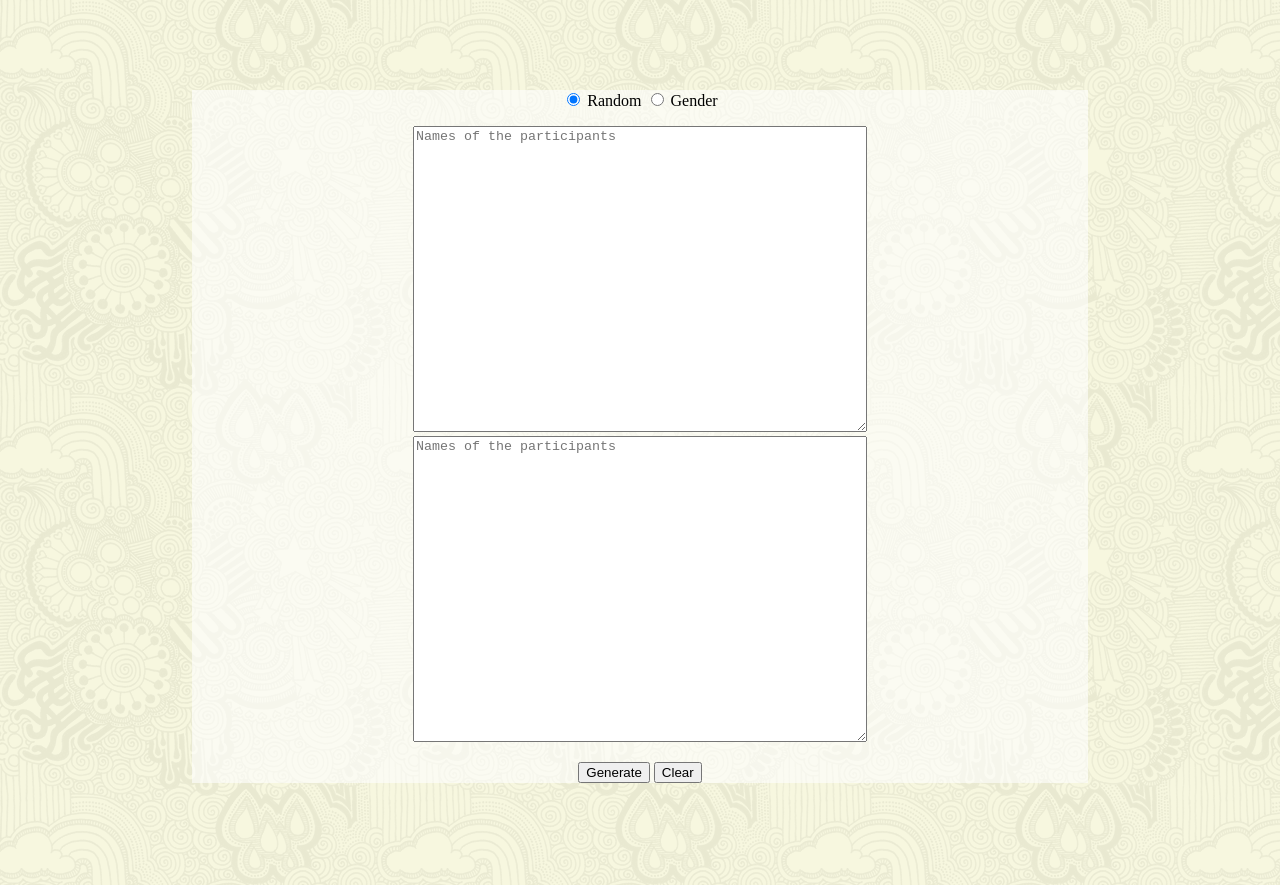
Repository: Maxenboy/Computer-Engineering-BA-A-Web-Programming-with-HTML5-CSS3-and-JavaScript-DT146G
Page: Mittuniversitet/TeamGenerator/index.html
An editor plug-in stored every save of this project. The page is shown before and after the next save, followed by the edit.
The browser window is 1280 px wide. The pictures show the whole page.
Backgrounds fixed to the window are drawn as part of the page.

Above is the page before, as saved 2014-09-22 17:24:59.
Console error: ReferenceError: init is not defined

After the next save:
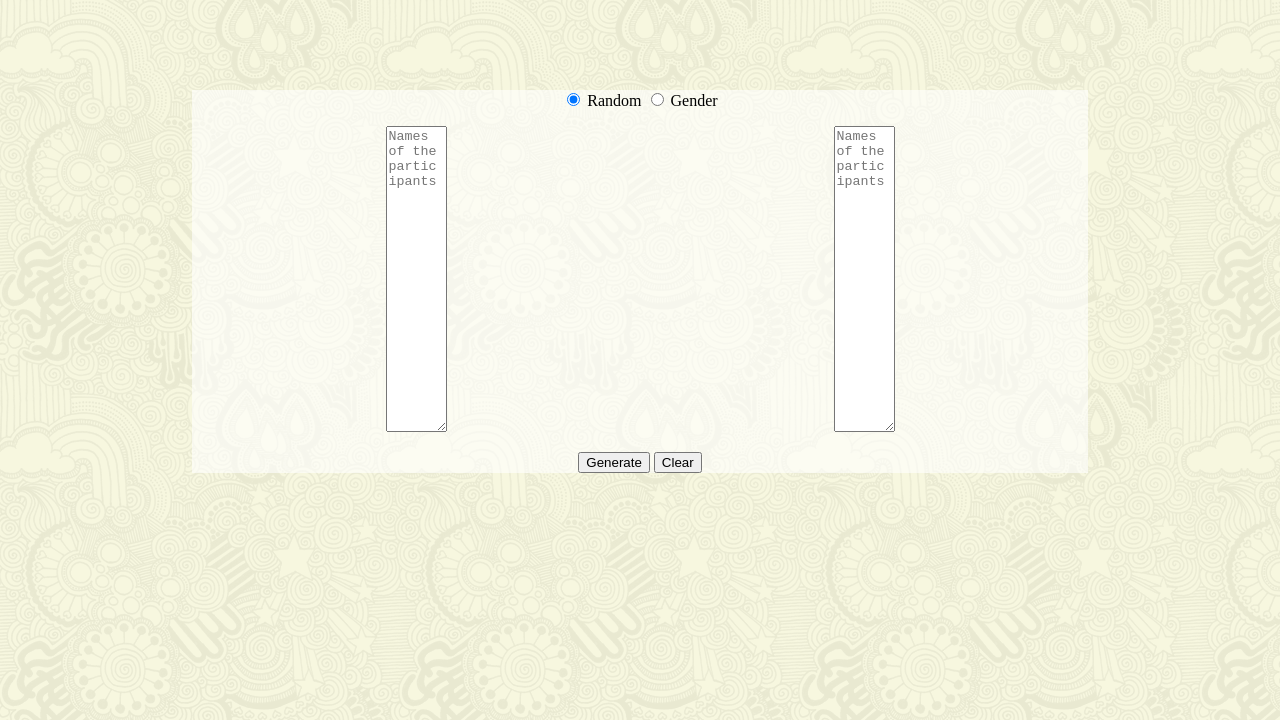
Saved 11 s later.
--- a/Mittuniversitet/TeamGenerator/css/main.css
+++ b/Mittuniversitet/TeamGenerator/css/main.css
@@ -10,6 +10,13 @@
 	background-color: rgba(255,255,255,.6);
 	margin: 7% 15% 8% 15%;
 }
-textarea {
-	width: 50%;
+#wrapper {
+	width: 100%;
+	overflow: hidden;
+	table-layout: fixed;
 }
+#wrapper div {
+	display: table-cell;
+	width: 472px;
+	vertical-align: middle
+}
